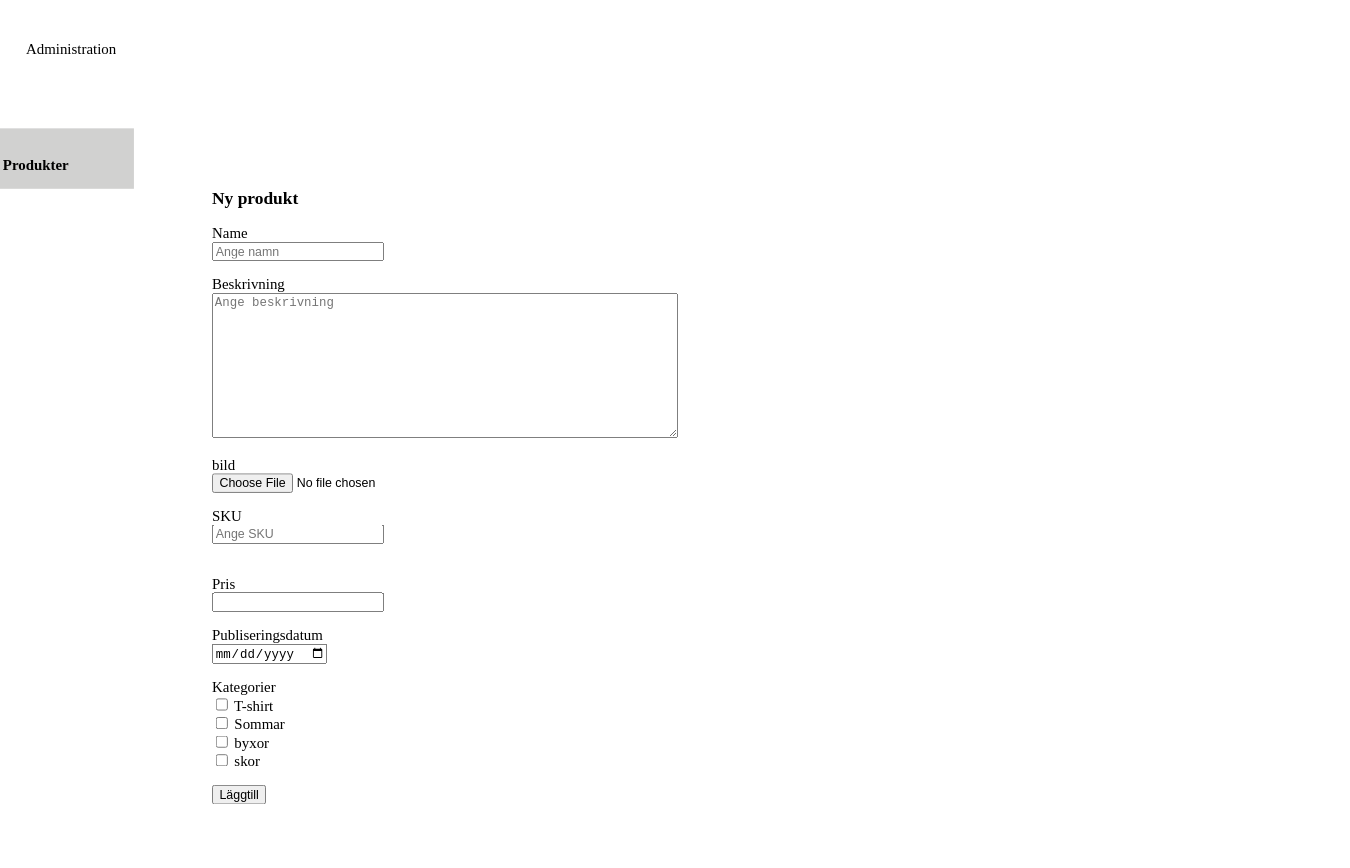
Repository: Kalle1995/project
Page: Nyproduckt.html
An editor plug-in stored every save of this project. The page is shown before and after the next save, followed by the edit.
The browser window is 1280 px wide. The page is 1452 px wide, so the pictures cover 1452 px, including what lies to the right of the window. The pictures show the whole page, at 93% of full size.

Above is the page before, as saved 2024-10-06 20:58:50.

After the next save:
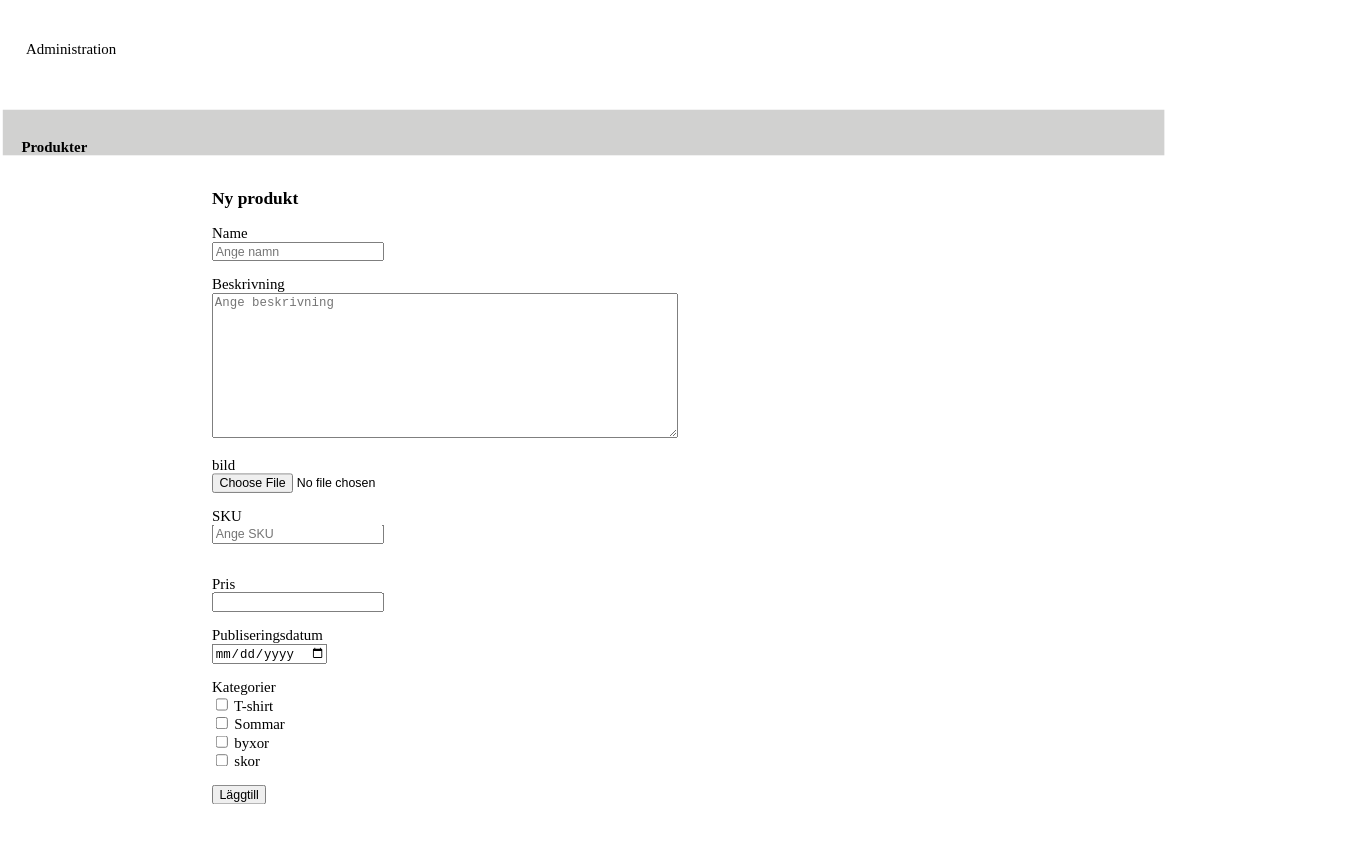
Saved 15 s later.
--- a/Nyproduckt.html
+++ b/Nyproduckt.html
@@ -16,12 +16,13 @@
     </header>
 
     <main>
+        <aside class="PR">
+            <p>Produkter</p>
+        </aside>
+
 
     </main>
 
-    <aside class="PR">
-        <p>Produkter</p>
-    </aside>
     <main>
 
         <article class="AR">
